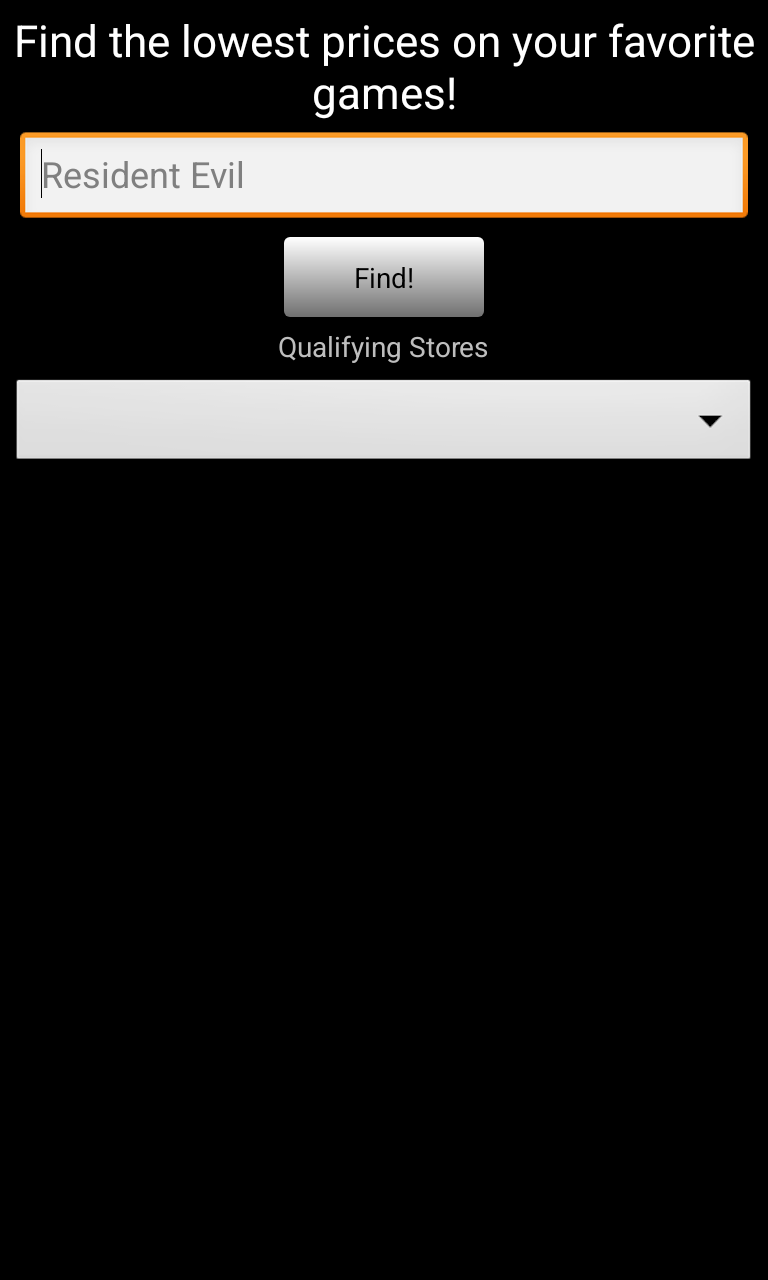
Repository: laurenelder/Java1-GameFinderApplication
Layout: GameFinder/res/layout/activity_main.xml
These files come from the project's save history. The layout is drawn as it stood at one moment and after the next save; the edit follows.
It is drawn on a 768 x 1280 px phone screen (xhdpi) without system bars, with theme android:Theme.Black; the app's code is not run. Lists and similar views that code fills are empty.

Above is the layout before, as saved 2014-06-26 02:53:08.

After the next save:
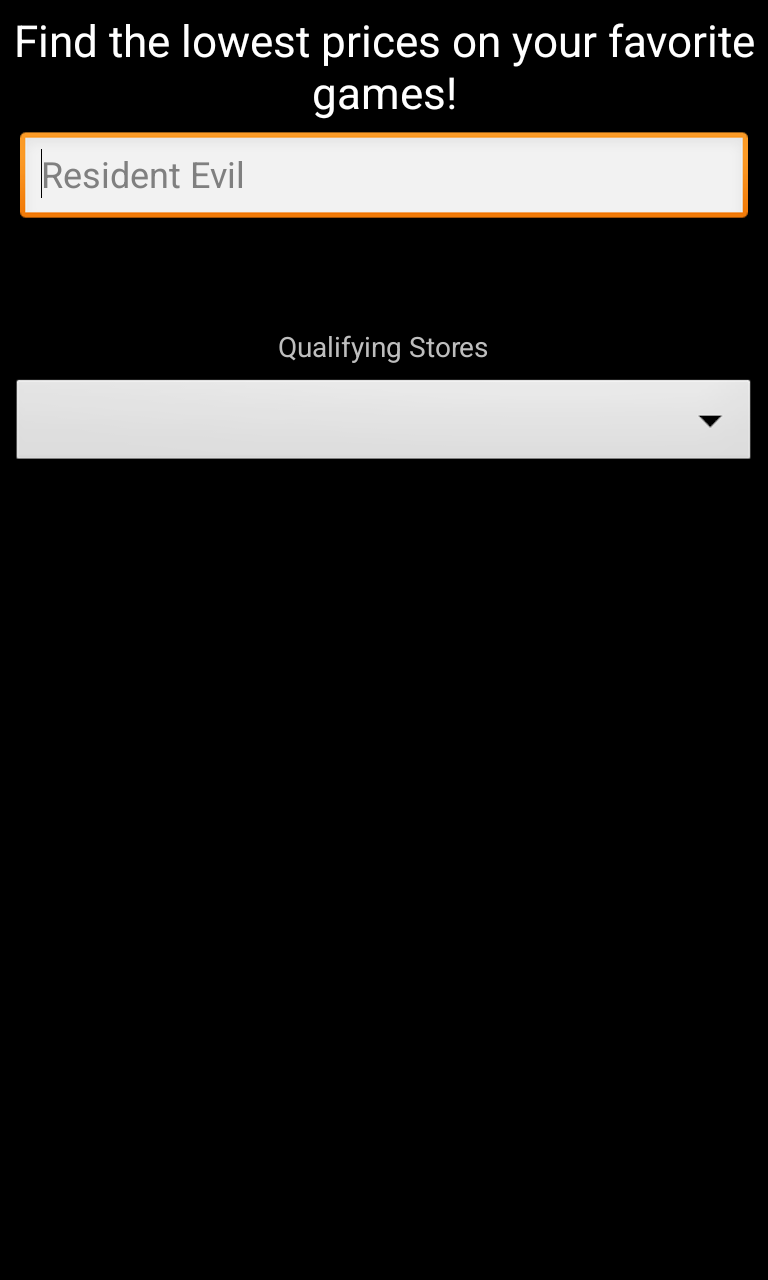
Saved 34 s later.
--- a/GameFinder/res/layout/activity_main.xml
+++ b/GameFinder/res/layout/activity_main.xml
@@ -42,7 +42,7 @@
         android:layout_height="40dp"
         android:layout_marginTop="5dp"
         android:layout_gravity="center"
-        android:background="@drawable/gradient_button"
+        android:background="@drawable/button"
         android:text="@string/button_string" />
 
     <TextView

After the save that followed:
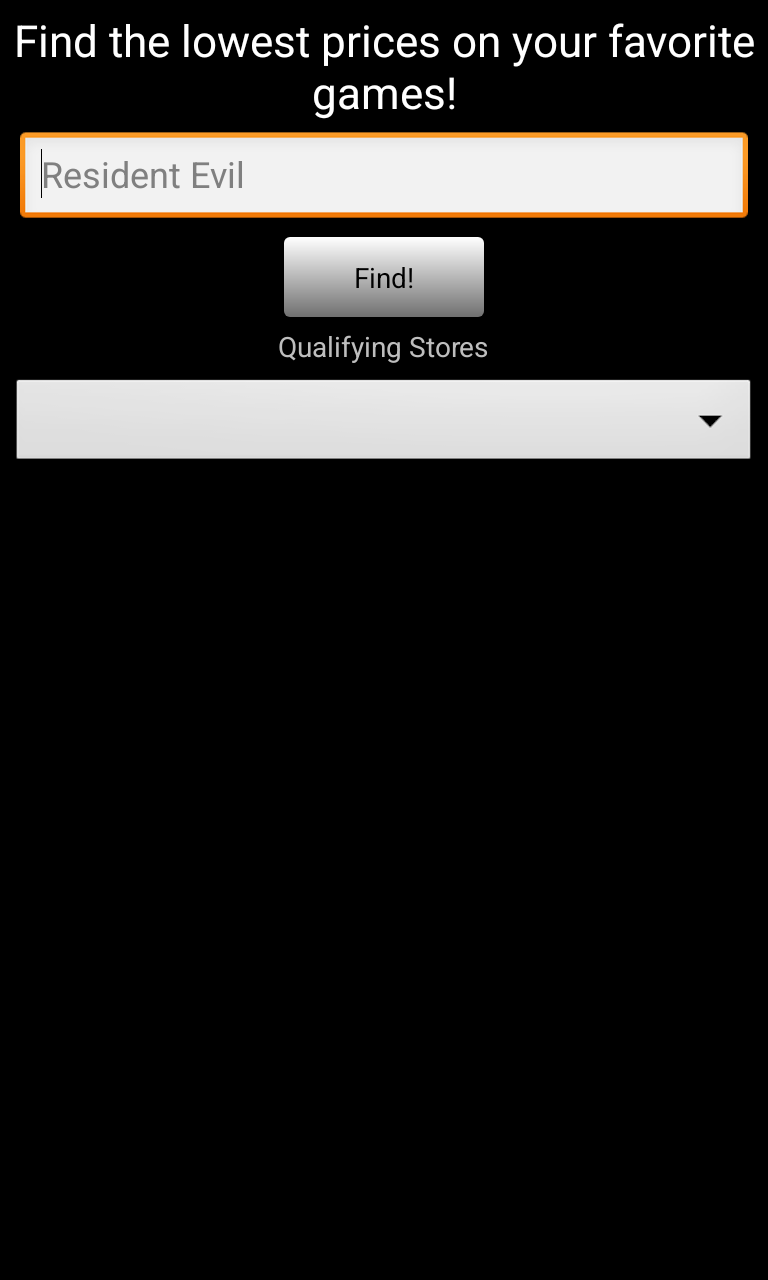
Saved 2 min 1 s later.
--- a/GameFinder/res/layout/activity_main.xml
+++ b/GameFinder/res/layout/activity_main.xml
@@ -42,7 +42,7 @@
         android:layout_height="40dp"
         android:layout_marginTop="5dp"
         android:layout_gravity="center"
-        android:background="@drawable/button"
+        android:background="@drawable/gradient_button"
         android:text="@string/button_string" />
 
     <TextView
